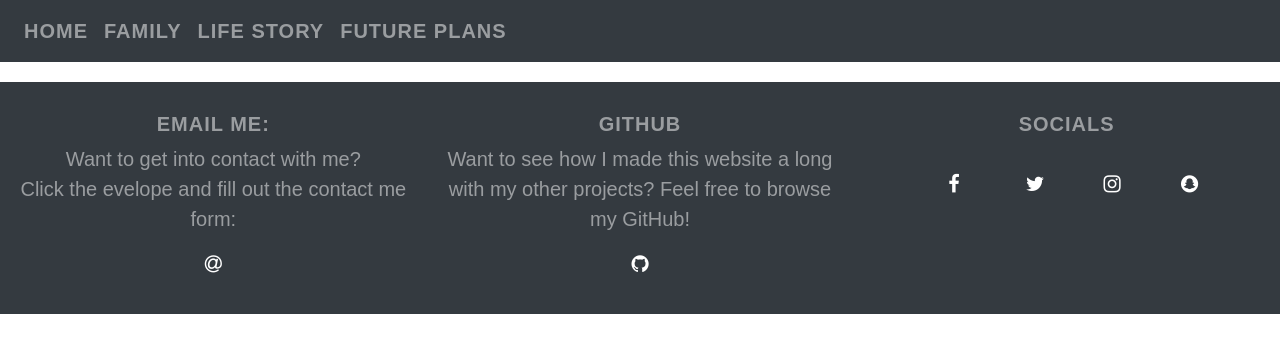
Repository: Code-Institute-Submissions/user-centric-frontend-dev-milestone-project
Page: family.html
The author's editor kept a record of every edit. The page is drawn from the files as they stood at one moment, then again after the next edit.
The browser window is 1280 px wide. The pictures show the whole page.
Some web fonts or font styles are not loaded; a fallback is used.

Above is the page before.

After the next edit:
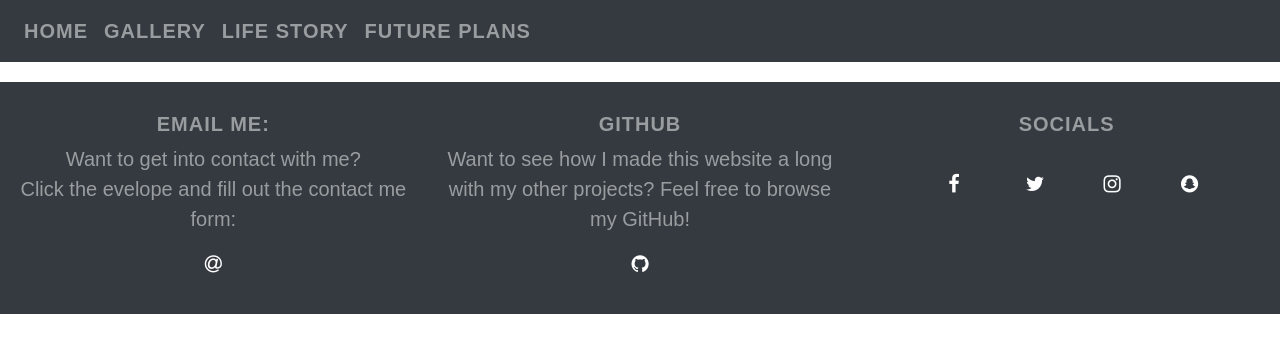
The edit:
--- a/family.html
+++ b/family.html
@@ -25,7 +25,7 @@
                         <a class="nav-link" href="index.html">Home</a>
                     </li>
                     <li class="nav-item">
-                        <a class="nav-link" href="family.html">Family</a>
+                        <a class="nav-link" href="family.html">Gallery</a>
                     </li>
                     <li class="nav-item">
                         <a class="nav-link" href="story.html">Life Story</a>
